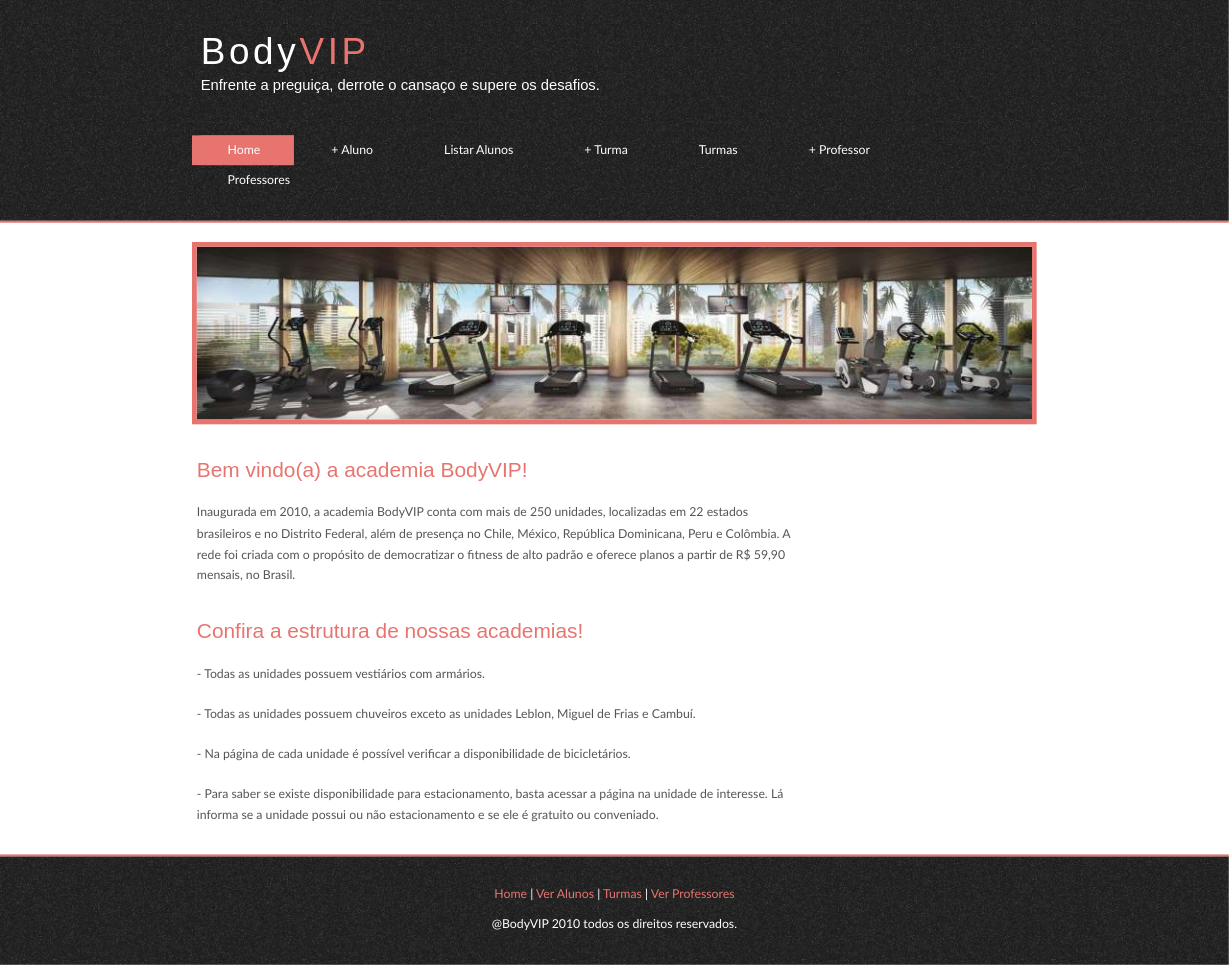
Repository: Thais-Ferreira/Projeto_bodyVIP
Page: http://localhost/BodyVIP/home.jsp
The author's editor kept a copy of each file at every save. The page is drawn from the files as they stood at one save, then again after the next save.
The browser window is 1280 px wide. The pictures show the whole page, at 96% of full size.
The page is served by Tomcat 9.

Above is the page before, as saved 2017-06-20 18:34:28.

After the next save:
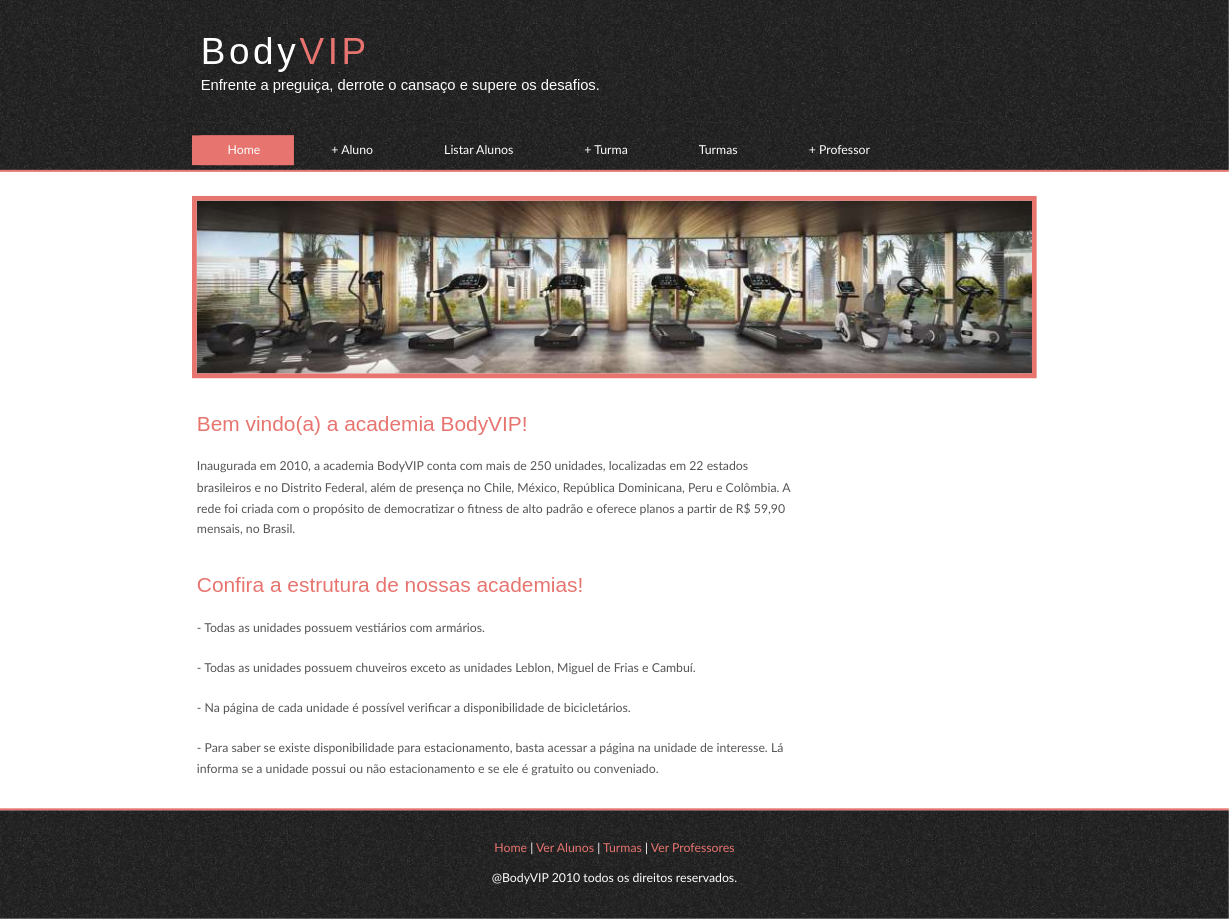
Saved 14 s later.
--- a/BodyVIP/WebContent/css/style.css
+++ b/BodyVIP/WebContent/css/style.css
@@ -100,7 +100,7 @@ ol li
 #header
 { background: #1d1d1d url(../imagens/pattern.png) repeat;
   border-bottom: 2px solid #E7746F;
-  height: 230px;}
+  height: 177px;}
 
 #banner
 { background: transparent url(../imagens/banner.jpg) no-repeat;
